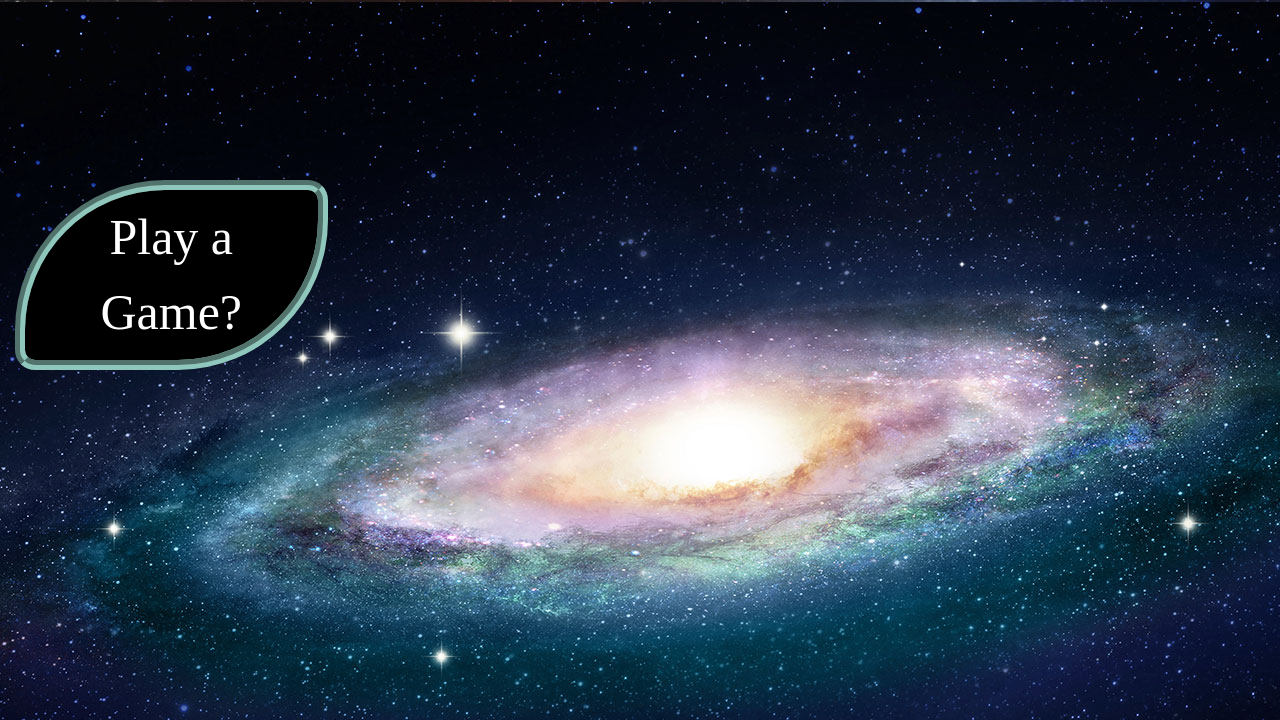
Repository: dsaftler/Trivia
Page: index.html
The author's editor kept a copy of each file at every save. The page is drawn from the files as they stood at one save, then again after the next save.
The browser window is 1280 px wide. The pictures show the whole page.
Some web fonts or font styles are not loaded; a fallback is used.

Above is the page before, as saved 2019-04-13 16:11:15.

### index.html
<!DOCTYPE html>
<html lang="en">
<head>
  <meta charset="UTF-8">
  <meta name="viewport" content="width=device-width, initial-scale=1.0">
  <meta http-equiv="X-UA-Compatible" content="ie=edge">
   <link rel="stylesheet" href="assets/css/reset.css" type="text/css">
  <link rel="stylesheet" href="https://stackpath.bootstrapcdn.com/bootstrap/4.3.1/css/bootstrap.min.css"
    integrity="sha384-ggOyR0iXCbMQv3Xipma34MD+dH/1fQ784/j6cY/iJTQUOhcWr7x9JvoRxT2MZw1T" crossorigin="anonymous">
  <!-- <link href="https://fonts.googleapis.com/css?family=Cherry+Swash:700" rel="stylesheet"> -->
  <link href="https://fonts.googleapis.com/css?family=Baumans" rel="stylesheet">
  <!-- custom css -->
  <link rel="stylesheet" href="assets/css/style.css" type="text/css">

  <title>Trivia Game</title>
</head>
<body>
<div class="container">
  <div class="scoreElements">
   <div id="showWinsCnt"><span id="wins"></span></div>
   <div id="showLoseCnt"><span id="wrongs"></span></div>
   <div id="showMissCnt"><span id="misses"></span></div>
  </div>
  <div class='playElements'>
    <div class="showTimer"><span id="timer"></span></div>
    <div class="showQuestion"><span id="question"></span></div>
    <ul class=showAnswers>
    <li class="answers" id="answer0"><a href="#"></a></li>
    <li class="answers" id="answer1"><a href="#"></a></li>
    <li class="answers" id="answer2"><a href="#"></a></li>
    <li class="answers" id="answer3"><a href="#"></a></li>
    </ul>
    <div class="tmyk">
      <img class="image">
      <div class="extra"></div>
    </div>
  </div>

  <button id="newGame" onclick="initGame()">Play a Game?</button>
  <!-- <button id="temp1" onclick="newQuestion()">Next Question?</button> -->
</div>

<!-- bootstrap scripts -->
<script src="https://code.jquery.com/jquery-3.3.1.slim.min.js"
  integrity="sha384-q8i/X+965DzO0rT7abK41JStQIAqVgRVzpbzo5smXKp4YfRvH+8abtTE1Pi6jizo" crossorigin="anonymous"></script>
<script src="https://cdnjs.cloudflare.com/ajax/libs/popper.js/1.14.7/umd/popper.min.js"
  integrity="sha384-UO2eT0CpHqdSJQ6hJty5KVphtPhzWj9WO1clHTMGa3JDZwrnQq4sF86dIHNDz0W1" crossorigin="anonymous"></script>
<script src="https://stackpath.bootstrapcdn.com/bootstrap/4.3.1/js/bootstrap.min.js"
  integrity="sha384-JjSmVgyd0p3pXB1rRibZUAYoIIy6OrQ6VrjIEaFf/nJGzIxFDsf4x0xIM+B07jRM" crossorigin="anonymous"></script>
<script src="assets/javascript/app.js"></script>


</body>
</html>

### assets/css/style.css
html {
  height: 100%;
}
body {
  height: 100%;
  margin: 0;
  padding:0;
  background-color: #02315c;

  margin: auto;
  align-content: center;
  font-family: 'Baumans', cursive;
  color:white;
  font-size: 24px;
  font-weight: bolder;
}
.container{
   height: 100%;
  margin: auto;
  background-image: url("../images/hubble.jpg");
  max-width: 1536px;
}
button{
  width:25%;
  margin: auto;
  color:white;
  font-size: 50px;
  padding: 10px;
  background-color:black;
  border-color: #8fc7bc;
  border-style: groove;
  border-width: 10px;
   border-radius: 150px 20px;
}
.scoreElements{
align-content: center;
margin: auto;
width: 75%;

}

.playElements{
  align-content: center;
  margin: auto;
  width: 75%;
}
ul li a {
  color: #8fc7bc;
  display: block;
  text-decoration: none;
  padding: 16px;
  width:50%
}

ul {
  list-style-type: circle;
}

li {
  display: block;
}

ul li a:hover {
  color: #332419;
  display: block;
  text-decoration: none;
}

li:hover {
  background-color:#8fc7bc;
}

### assets/javascript/app.js
// Advanced game has a 30 second timer that counts down to 0 for each question !!!!!!!!!!!!  changed to 15 seconds
// If the timer is 0 OR  a wrong answer is chosen:
  // show the correct answer for 5 seconds
// display a new question
// restart the timer with no user interaction

// questions are contained in an array with question, array of answers, index of correct answer
// question shows in questionId
// "Correct"  or "Correct Answer" shows in answerId
// 4 possible answers show in 4 clickable buttons
// buttons have hover behavior
//  only one can be selected (by click)

// scores for Wins, Losses, and Unanswered are kept (correct, wrong, timer ==0)
// ask to play again in link
// click on play restarts the game without re-loading the page

var qArray =[];
var wins, wrongs, misses, seconds;
var correctAnswerId;
var timer;
var seconds;
var isNewGame = true;
var timerRunning=false;
var i;
var qArrayLength
var sayCorrect
var answerTime=100;
var displayInfoTime=0;

$(document).ready(function () {
  //initGame();  // called by newGame button
  $(".answers").click(function() {
    stopTimer();
    $(".answers").css("pointer-events","none");
    //which answer did I click?
    var target = $(this).attr("id")
    for(let j = 0; j<4; j++) {
      jtarget = "answer" + j
      //console.log(jtarget)
      if (jtarget === target){
        if (j === correctAnswerId){
          showMe("win");
        } else {
          showMe("lose");
        }
      }
    }
  });
});


function initGame() {
  wins = 0;
  wrongs = 0;
  misses = 0;
  $(".scoreElements").hide();
  $(".playElements").hide();
  // $("#showWinsCnt").hide();
  // $("#showLoseCnt").hide();
  // $("#showMissCnt").hide();
  $("#newGame").hide();
  loadQuestions();
  i = 0;
  newQuestion(i);
}

function newQuestion(i)
{
  console.log(i)
  if (i < qArrayLength){
    // show game pieces: question, answers
    $(".playElements").show();
    $("#timer").show();
    // $(".showQuestion").show();
    // $(".answers").show();
    $(".tmyk").hide();
    // $(".extra").hide();
    // $(".image").hide();
    // console.log(qArray[i]);
    q="Question "+(i+1)+":  "
    $("#question").text(q+(qArray[i].question));
    $("#answer0").text(qArray[i].ansArray[0]);
    //console.log(qArray[i].ansArray[0]);
    $("#answer1").text(qArray[i].ansArray[1]);
    $("#answer2").text(qArray[i].ansArray[2]);
    $("#answer3").text(qArray[i].ansArray[3]);
    correctAnswerId = qArray[i].correct;
    correctAnswer = qArray[i].ansArray[correctAnswerId]
    //console.log(qArray[i].ansArray[correctAnswerId]);
    info = qArray[i].extra;
    $(".answers").css("pointer-events", "auto");
    clearInterval(timer)
    seconds = answerTime;
    showTime();
    timer = setInterval(tick, 1000);
  } else {
    gameOver();
  }
}

function gameOver()
{
  $(".playElements").hide();
  // $("#timer").hide();
  // $(".showQuestion").hide();
  // $(".answers").hide();
  // $(".extra").hide();
  // $(".image").hide();
  $(".scoreElements").show();
  $("#showWinsCnt").text(wins + " Correct")
 // $("#showWinsCnt").show();

  $("#showLoseCnt").text( wrongs + " Wrong")
  //$("#showLoseCnt").show();

  $("#showMissCnt").text(  misses + " Time-Outs")
 // $("#showMissCnt").show();
  //$("#wins").text(wins);
  // $("#wrongs").text(wrongs);
  // $("#misses").text(misses);
  $("#newGame").text("Play Again?"); // calls initGame
  $("#newGame").show();
}


//  The decrement function.
function tick()
{
  seconds--;
  if (seconds < 0) {
    //  ...run the stop function.
    stopTimer()
    showMe("miss");
    return;
  }
  showTime();

}

function stopTimer()
{
  clearInterval(timer);
 // $("#answers").pointerEvents="none";
 $("#answers")
}

//  Execute the run function.
function showTime()
{
 $("#timer").html("<h2>" + seconds + "</h2>");
 //console.log(seconds);
}
function showMe(result){
  switch (result){
    case "win":
      //alert("Correct");
      sayCorrect="Correct! "
      wins++;
      break;
    case "lose":
      //alert("Incorrect");
      sayCorrect = 'The correct answer was: '  + correctAnswer
      wrongs++
      break;
    case "miss":
      $("#timer").html("<h2>Timed-Out</h2>");
      sayCorrect= 'The answer was:  ' + correctAnswer
      misses++;
      break;
   }
  showExtra();
  setTimeout(displayPause, 1000 * displayInfoTime)

  }
function showExtra(){
  imgUrl = qArray[i].image
  $(".image").attr({"src":imgUrl, "alt": qArray[i].imageAlt});

  //console.log("<img src=" + qArray[i].image + ">");
  $(".extra").html(sayCorrect + "<br/>" + qArray[i].extra);
  $(".tmyk").show();
  //$(".extra").show();
  //$(".image").show();

}
function displayPause(){
  stopTimer();
  clearTimeout();
  i++;
  newQuestion(i)
}

function loadQuestions(){
qArray = [
    {
      question: "How many moons are in our Solar System?",
      correct: 3,
      ansArray: [25, 50, 97, 181],
      image: "assets/images/Moons_of_solar_system.jpg",
      imgAlt: "Moons of the solar system",
      extra: "These moons (also known as natural satellites) vary greatly in size and quantity per planet. For example, the largest moon is Jupiter’s Ganymede, and the smallest is Mar’s Deimos. Ganymede has a diameter of 3,273 miles, and Deimos has a diameter of 7 miles."

    },
    {
      question: "What percent of the universe is dark matter? (Plus or minus 2%.)",
      correct: 1,
      ansArray: ["15%", "27%", "50%", "80%"],
      image: "assets/images/darkmatter.png",
      imgAlt:"Dark matter web",
      extra: "The rest of the universe is around 68% dark energy, and less than 5% of the universe is made up of what we would consider ‘normal’ matter. This means that roughly 80% of the mass of the universe is made up of material we cannot see."
    },
    {
      question: "What is the most common type of star found in the Milky Way?",
      correct: 1,
      ansArray: ["Neutron stars", "Red dwarf stars", "Supernovae", "G-type"],
      image: "assets/images/Red-dwarf-infographic.jpg",
      imgAlt: "Types of Stars Infographic",
      extra: "Red dwarf stars make up an estimated ¾ of all stars found in the Milky Way. The surface temperature of red dwarf stars is less than 4,000 Kelvin, and they have a very low luminosity and therefore cannot be easily seen. In fact, from Earth not one red dwarf star can be seen with the naked eye. Since they develop very slowly and are constant for trillions of years, there are actually no advanced stars of this type in our galaxy because our galaxy is too young!"
    },
    {
      question: "What is the closest star to the Sun?",
      correct: 0,
      ansArray: ["Proxima Centauri", "Tau Ceti", "51 Pegasi", "Rigel"],
      image: "assets/images/proxima_centauri_main.jpg",
      imgAlt: "Proxima Centauri",
      extra: "Proxima Centauri is a red dwarf star located in Alpha Centauri system, which is in the Centaurus constellation. Alpha Centauri is actually a triple star system with Proxima Centauri being the closest to the sun. It is 4.24 light years away from the sun, and is not visible to the naked eye from Earth."
    },
    {
      question: "What has a gravitational pull so strong that even light cannot escape it?",
      correct: 2,
      ansArray: ["Quantum Gravity", "True Love", "Black Hole", "Worm Hole"],
      image: "assets/images/blackhole.jpg",
      imgAlt: "Black Hole",
      extra: "Black holes are one of the deadliest things in the universe. They are formed when a star with a mass more than three times that of our sun dies and collapses onto itself after an explosion called a supernova. Black holes can siphon the gas out of stars until they vanish. They can even break apart and swallow planets."
    },
    {
      question: "Which NASA space flight was the last manned mission to the moon?",
      correct: 3,
      ansArray: ["Gemini 12", "Skynet 1.0", "Apollo 13","Apollo 17"],
      image: "assets/images/moon-landing.jpg",
      imgAlt: "Moon Landing",
      extra: "Apollo 17 launched on December 7, 1972 as the first night launch done by NASA. It was also the final mission of NASA’s Apollo program. Apollo 17 was the last time humans traveled beyond low Earth orbit. The mission also boasted that at the time it had the longest moon landing, largest lunar samples, longest time in orbit, and the longest total moonwalks."
    },
    {
      question: "What is the longest continuous time a human has spent in space? (Plus or minus 20 days.)",
      correct: 2,
      ansArray: ["37 days", "189 days", "437 days", "682 days"],
      image: "assets/images/poljakov.jpg",
      imgAlt: "Portrait of Poljakov",
      extra: "This amounts to more than 14 months in space. This feat was accomplished by Valeri Polyakov, a Russian astronaut who stayed aboard the Mir space station from January 1994 to March 1995. When Polyakov retired he had over 678 cumulative days in space, and his combined space time was over 22 months."
    },
    {
      question: "How much time does sun rays take to reach earth?",
      correct: 2,
      ansArray: ["58 seconds", "3.5 minutes", "8 minutes", "14 minutes"],
      image: "assets/images/Earth_to_Sun.png",
      imgAlt: "Distance to the Sun",
      extra: "The speed of light in vacuum, commonly denoted c, is a universal physical constant important in many areas of physics. Its exact value is299,792,458 meters per second (approximately 300,000 km/s (186,000 mi/s))."
    },
    {
      question: "When will Halley’s Comet will be visible from Earth again?",
      correct: 2,
      ansArray: ["2024", "2039", "2061", "2101"],
      image: "assets/images/HalleysComet.jpg",
      imgAlt: "Haley's Comet",
      extra: "Halley's Comet is arguably the most famous comet. It is a ‘periodic’ comet and returns to Earth's vicinity about every 75 years, making it possible for a human to see it twice in his or her lifetime. The last time it was here was in 1986, and it is projected to return in 2061."
    },
    {
      question: "How long was the shortest space flight?",
      correct: 0,
      ansArray: ["15 minutes", "73 minutes", "4.5 hours", "3 days"],
      image: "assets/images/freedom7.jpg",
      imgAlt: "Freedom 7 launch",
      extra: "This occurred on May 5, 1961 when Alan Shepard achieved an altitude of 115 miles in NASA’s Freedom 7. He was also the first American in space. Shepard later went on to become the oldest person to walk on the surface of the moon. He achieved this in 1971 during the Apollo 14 mission. At the time, he was 47 years old."
    }
  ]
  qArrayLength=qArray.length;
  //console.log(qArray);
};

Loaded but not shown: assets/css/reset.css (no stored copy; drawn as an empty file)

After the next save:
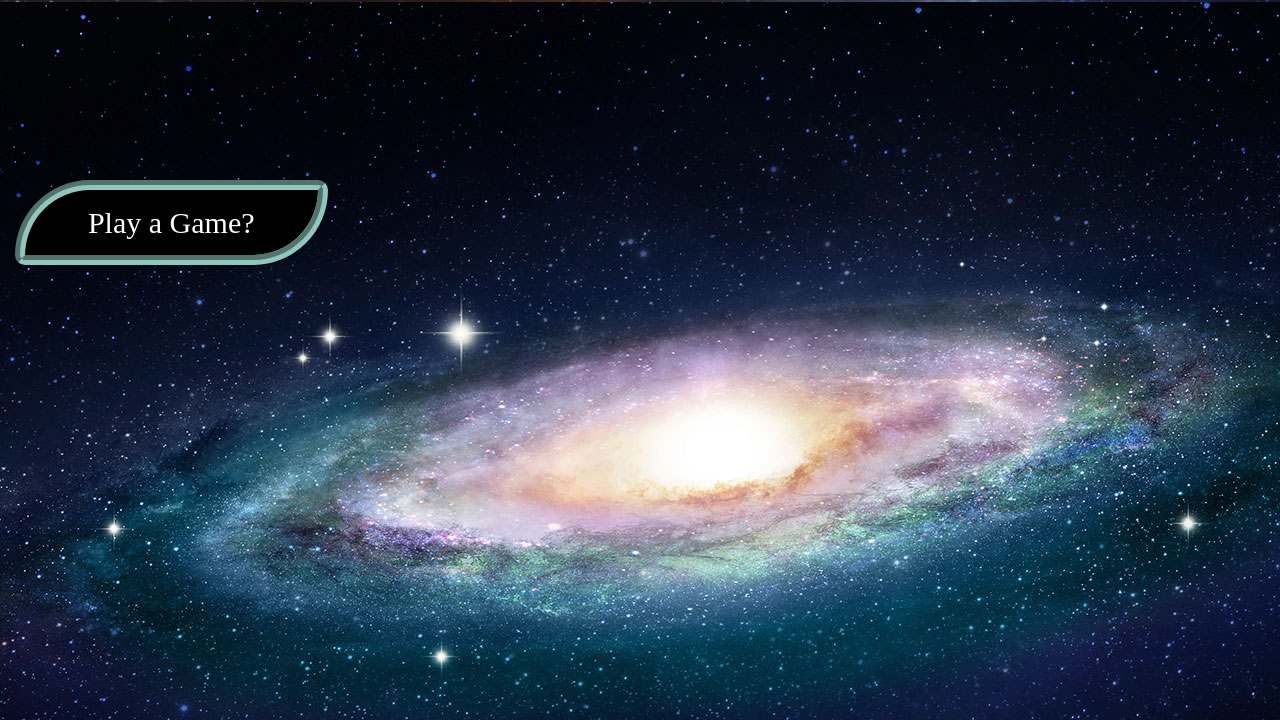
Saved 9 s later.
--- a/assets/css/style.css
+++ b/assets/css/style.css
@@ -24,7 +24,7 @@ button{
   width:25%;
   margin: auto;
   color:white;
-  font-size: 50px;
+  font-size: 30px;
   padding: 10px;
   background-color:black;
   border-color: #8fc7bc;
